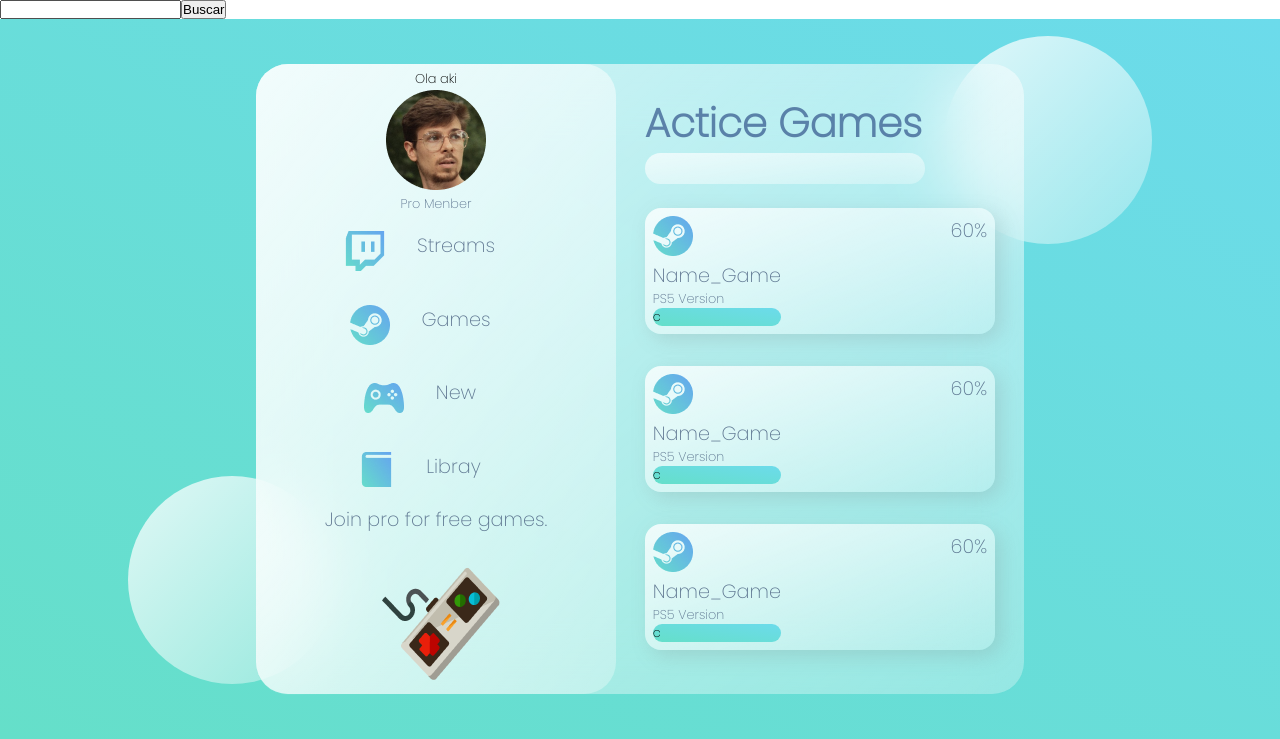
Repository: ServerK001/HomeGamer
Page: /
The author's editor kept a copy of each file at every save. The page is drawn from the files as they stood at one save, then again after the next save.
The browser window is 1280 px wide. The pictures show the whole page.
The project was rebuilt for these pictures with package versions that can differ from the ones it lists, and the page was loaded fresh each time.

Above is the page before, as saved 2021-12-27 16:45:23.

### src/index.js
import React from 'react';
import ReactDOM from 'react-dom';
import './index.module.scss';
import App from './App';

ReactDOM.render(
  <React.StrictMode>
    <App />
  </React.StrictMode>,
  document.getElementById('root')
);

### src/index.module.scss
@import url('https://fonts.googleapis.com/css2?family=Poppins:ital,wght@0,200;1,100&display=swap');

* {
  margin: 0;
  padding: 0;
  box-sizing: border-box;
}

body{
  justify-content: center;
  align-items: center;
  font-family: 'Poppins', sans-serif;
  font-size: 0.8rem;

}

h1{
  color:#426696;
  font-weight: 600;
  opacity: 0.8;
  font-size: 2.5rem;
}

h2, p {
  color:#415879;
  font-weight: 500;
  opacity: 0.8;
}

h3 {
  color:#426696;
  font-weight: 600;
  opacity: 0.8;
}

### src/App.js


import { useState } from 'react';
import axios from 'axios';


import Home from './components/header/header';
import './css/App.scss'

function App() {

  const [player, setPlayer] = useState(1)


  const searchForPlayers = (event)=>{
      var URL  = "https://pokeapi.co/api/v2/pokemon/" + player

        axios.get(URL).then(res => setPlayer(res.data))
        console.log(player)



  }



  return (
    <>
      <div>
        <input type="text" onChange={e => setPlayer(e.target.value)}></input>

          <button  onClick={e => searchForPlayers(e)}>Buscar</button>
          <strong>{player.name}</strong>
      </div>
        <Home poke={player.name} />



    </>
  );
}

export default App;

### src/components/header/header.jsx
import React from 'react'
import { Dashborad } from '../dashboard/dashborad'
import GamesProgress from './GamesProgress/GamesProgress'

import    './style.scss'
export default function Home(props) {
    let pokemon = props.poke
    return (

        <main>
            <section className="glass">


                <Dashborad nomePoke={pokemon}/>


                <GamesProgress />

            </section>
            <div className="circle1"></div>
            <div className="circle2"></div>
        </main>
    )
}

### src/components/dashboard/dashborad.jsx
import React from 'react'
import './style.scss'
import twitch from './images/twitch.png'
import avatar from './images/avatar.png'
import steam from './images/steam.png'
import upcoming from './images/upcoming.png'
import library from './images/library.png'
import Game from './proGames/proGames'

export const Dashborad = (props) => {
    return (
            <div className="dashborad">

                    Ola aki
                    <div className="user">
                        <img src={avatar} alt="" />
                            <h3>{props.nomePoke}</h3>
                                <p>Pro Menber</p>
                    </div>

                        <div className="links">
                                <div className="link">
                                <img src={twitch} />
                                        <h2>Streams</h2>
                                </div>
                        </div>

                        <div className="links">
                                <div className="link">
                                    <img src={steam} alt="" />
                                        <h2>Games</h2>
                                </div>
                        </div>

                        <div className="links">
                                <div className="link">
                                    <img src={upcoming} alt="" />
                                        <h2>New</h2>
                                </div>
                        </div>

                        <div className="links">
                                <div className="link">
                                    <img src={library} alt="" />
                                        <h2>Libray</h2>
                                </div>
                        </div>

                  <Game />


            </div>
    )
}

### src/components/header/GamesProgress/GamesProgress.jsx
import React from 'react'
import gameimg from '../../dashboard/images/steam.png'
import Cardsgames from './cardsGames/cardsgames'
import './style.scss'
export default function GamesProgress() {
    return (
            <div className="games">
                <div className="status">
                    <h1>Actice Games</h1>
                    <input type="text" />
                </div>

           <Cardsgames image={gameimg} />
           <Cardsgames image={gameimg} />
           <Cardsgames image={gameimg} />











            </div>
    )
}

### src/components/header/style.scss

main {
  min-height: 100vh;
  background: linear-gradient(to right top, #65dfc9, #6cdbeb);
  display: flex;
  align-items: center;
  justify-content: center;

}

.glass {
  background: white;
  min-height: 60vh;
  width: 60%;
  background: linear-gradient(
    to right bottom,
    rgba(255, 255, 255, 0.7),
    rgba(255, 255, 255, 0.3)
  );
  border-radius: 2rem;
  z-index: 2;
  backdrop-filter: blur(2rem);
  display: flex;


}



.circle1,
.circle2 {
  background: white;
  background: linear-gradient(
    to right bottom,
    rgba(255, 255, 255, 0.8),
    rgba(255, 255, 255, 0.3)
  );
  height: 13rem;
  width: 13rem;
  position: absolute;
  border-radius: 50%;
}

.circle1 {
  top: 5%;
  right: 10%;

}
.circle2 {
  bottom: 5%;
  left: 10%;
}

### src/components/dashboard/style.scss


.dashborad{
    flex: 1;
    display: flex;
    flex-direction: column;
    align-items: center;
    justify-content: space-evenly;
    text-align: center;
    padding: 0.3rem;


    background: linear-gradient(
        to right bottom,
        rgba(255, 255, 255, 0.7),
        rgba(255, 255, 255, 0.3)
      );

      border-radius: 2rem;
}

.link{
    display: flex;
   padding: 1rem 1rem;
}
.link h2 {
    padding: 0rem 2rem;
}

### src/components/dashboard/proGames/proGames.jsx
import React from 'react'
import controller from '../images/controller.png'

 const Games = () => {
    return (
        <>
        <div className='pro'>
            <h2>Join  pro  for  free games.</h2>
                <img src={controller}  />
        </div>

        </>
    )
}
export default Games

### src/components/header/GamesProgress/cardsGames/cardsgames.jsx
import React from 'react'
import './styles.scss'

export default function Cardsgames(props) {
    return (
     <div className="cards">
                <div className="card">
                    <img src={props.image}  />
                    <div className="card-info">
                        <h2>Name_Game</h2>
                        <p>PS5 Version</p>
                                <div className="progress">c</div>
                    </div>
                </div>
            <h2 className="porcentage">60%</h2>
     </div>
    )
}

### src/components/header/GamesProgress/style.scss
.games{
    display: flex;
    margin: 1.5rem;
    flex: 1;
    padding: 0.3rem;
    flex-direction: column;
    justify-content: space-evenly;
}

.status input{
 margin-bottom: 0.5rem;
 background: linear-gradient(
    to right bottom,
    rgba(255, 255, 255, 0.7),
    rgba(255, 255, 255, 0.3)
  );
 border: none;
 width: 80%;
 padding: 0.5rem;
 border-radius: 2rem;



}

### src/components/header/GamesProgress/cardsGames/styles.scss
.cards{
    background:linear-gradient(to left top, rgba(255, 255, 255, 0.2), rgba(255, 255, 255, 0.8));
    border-radius: 1rem;
    margin: 1rem 0rem ;
    padding:  0.5rem;
    box-shadow: 6px 6px 20px rgba(122, 122, 122, 0.212);
    display: flex;
    justify-content: space-between;

}

.progress {
    background: linear-gradient(to right top, #65dfc9, #6cdbeb);
    width: 100%;
    height: 100%;
    border-radius: 1rem;
    position: relative;
    overflow: hidden;
  }

Loaded but not shown: public/index.html (common file); src/css/App.scss (no stored copy; drawn as an empty file)

After the next save:
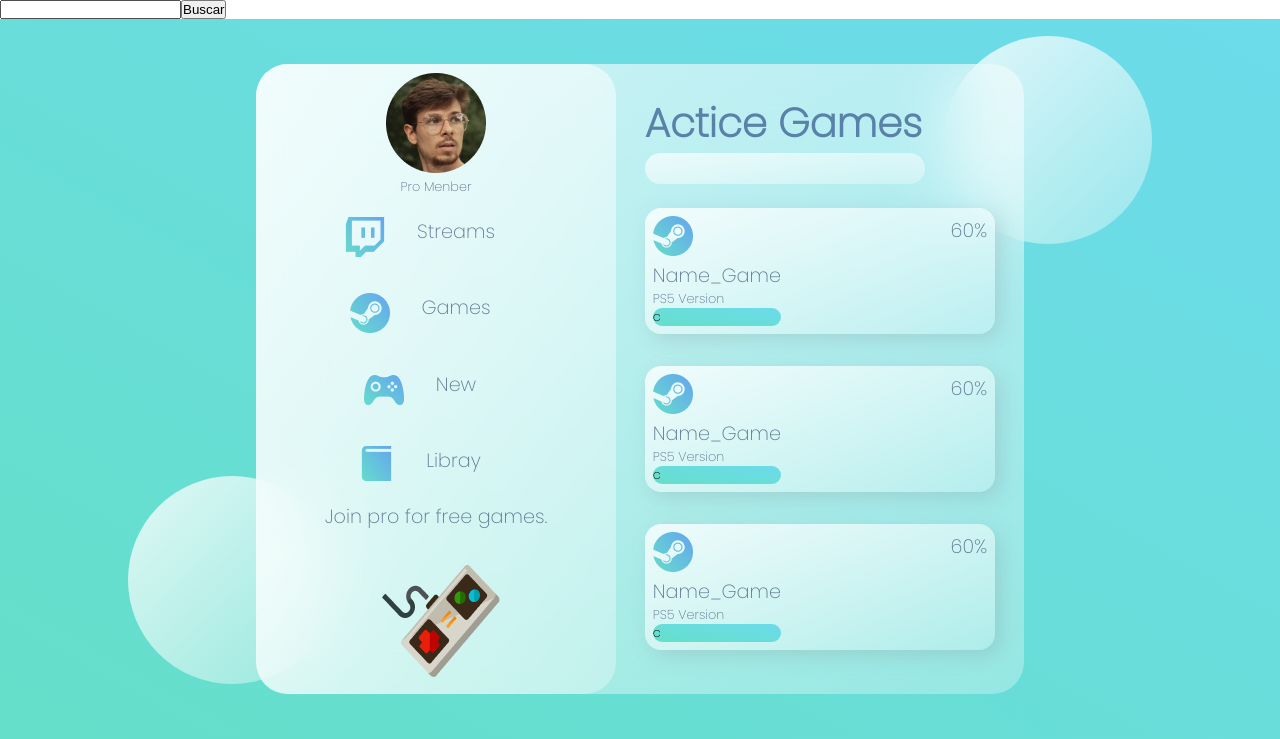
Saved 14 s later.
--- a/src/components/dashboard/dashborad.jsx
+++ b/src/components/dashboard/dashborad.jsx
@@ -11,7 +11,7 @@
     return (
             <div className="dashborad">
 
-                    Ola aki
+
                     <div className="user">
                         <img src={avatar} alt="" />
                             <h3>{props.nomePoke}</h3>
